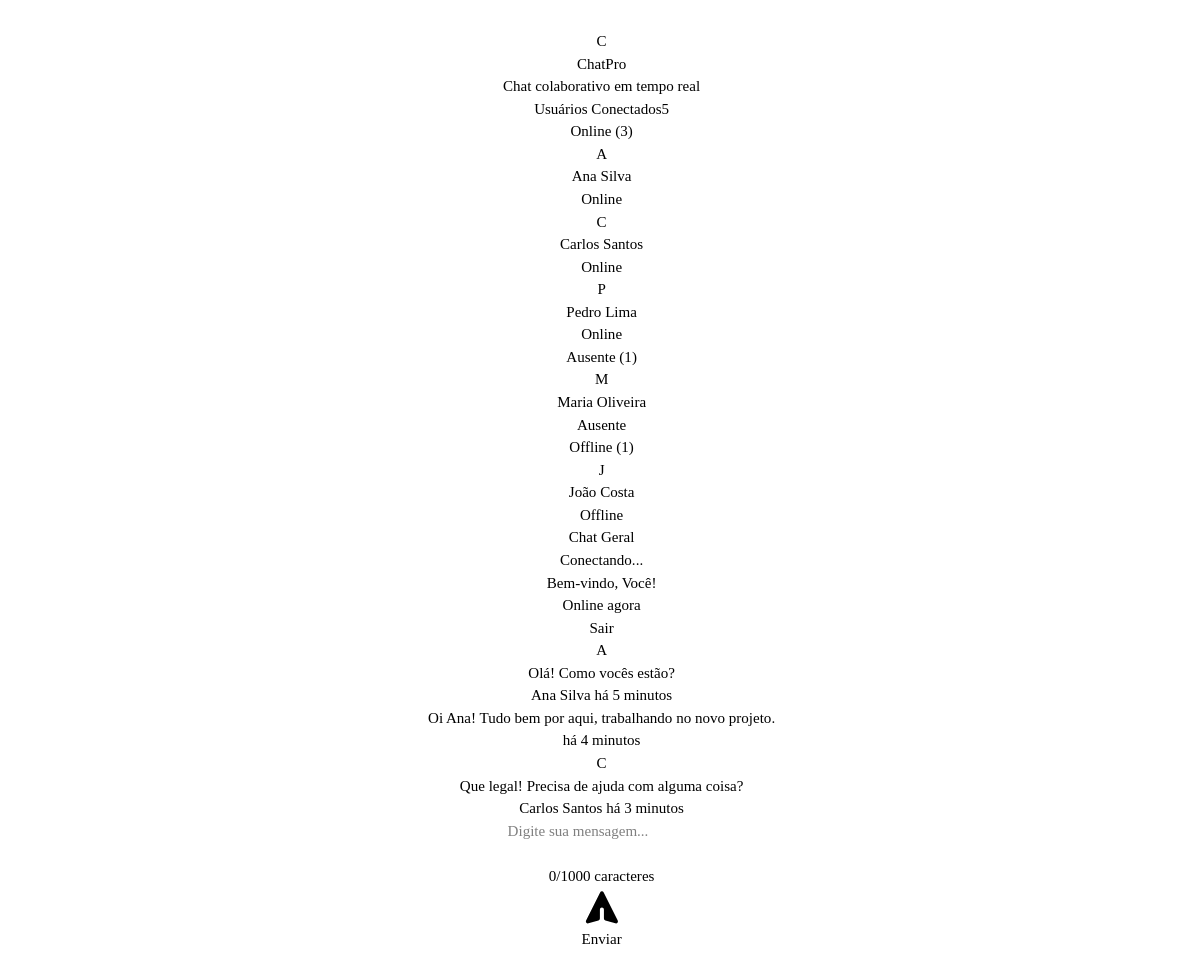
Repository: GabrielF0900/ChatPRO
Page: /chat (app in Frontend/)
These files come from the project's save history. The page is drawn as it stood at one moment and after the next save; the edit follows.
The browser window is 1280 px wide. The pictures show the whole page, at 94% of full size.
The page's requests for data from a server got no answer. The project was rebuilt for these pictures with package versions that can differ from the ones it lists, and the page was loaded fresh each time. No one was signed in, and anything a server would have sent is missing. Also part of the build but not shown: Frontend/vite.config.ts, Frontend/src/pages/Register.tsx, Frontend/src/pages/Login.tsx.

Above is the page before, as saved 2025-08-02 21:33:45.

### Frontend/src/App.tsx
import { BrowserRouter, Routes, Route } from 'react-router-dom';
import './App.css';
import Register from './pages/Register';
import LoginPage from './pages/Login';
import ChatPage from './pages/Dashboard';


function App() {
  return (
    <BrowserRouter>
      <Routes>
        <Route path="/register" element={<Register />} />
        <Route path="/login" element={<LoginPage />} />
        <Route path="/chat" element={<ChatPage />} />
        {/* Adicione outras rotas conforme necessário */}
      </Routes>
    </BrowserRouter>
  );
}

export default App;

### Frontend/src/pages/Dashboard.tsx
import { useState, useEffect, useRef } from "react";

interface Message {
  id: string;
  type: 'system' | 'message';
  user?: string;
  message: string;
  timestamp: string;
  isOwn?: boolean;
}

export default function ChatPage() {
  const [message, setMessage] = useState("");
  const [messages, setMessages] = useState<Message[]>([]);
  const [connectionStatus, setConnectionStatus] = useState<'connecting' | 'connected' | 'disconnected'>('connecting');
  const wsRef = useRef<WebSocket | null>(null);
  const messagesEndRef = useRef<HTMLDivElement>(null);

  // Conectar ao WebSocket quando o componente monta
  useEffect(() => {
    const connectWebSocket = () => {
      try {
        const ws = new WebSocket('ws://localhost:3000');
        wsRef.current = ws;

        ws.onopen = () => {
          console.log('Conectado ao WebSocket');
          setConnectionStatus('connected');
        };

        ws.onmessage = (event) => {
          try {
            const data = JSON.parse(event.data);
            const newMessage: Message = {
              id: Date.now().toString(),
              type: data.type || 'message',
              user: data.user || 'Sistema',
              message: data.message,
              timestamp: data.timestamp || new Date().toISOString(),
              isOwn: false
            };
            setMessages(prev => [...prev, newMessage]);
          } catch (error) {
            console.error('Erro ao processar mensagem:', error);
          }
        };

        ws.onclose = () => {
          console.log('Conexão WebSocket fechada');
          setConnectionStatus('disconnected');
          // Tentar reconectar após 3 segundos
          setTimeout(connectWebSocket, 3000);
        };

        ws.onerror = (error) => {
          console.error('Erro WebSocket:', error);
          setConnectionStatus('disconnected');
        };
      } catch (error) {
        console.error('Erro ao conectar WebSocket:', error);
        setConnectionStatus('disconnected');
      }
    };

    connectWebSocket();

    // Cleanup ao desmontar o componente
    return () => {
      if (wsRef.current) {
        wsRef.current.close();
      }
    };
  }, []);

  // Auto-scroll para a última mensagem
  useEffect(() => {
    messagesEndRef.current?.scrollIntoView({ behavior: 'smooth' });
  }, [messages]);

  const handleSend = (e: React.FormEvent<HTMLFormElement>) => {
    e.preventDefault();

    if (!message.trim() || !wsRef.current || wsRef.current.readyState !== WebSocket.OPEN) {
      return;
    }

    try {
      // Enviar mensagem via WebSocket
      const messageData = {
        type: 'message',
        user: 'Você',
        message: message.trim(),
        timestamp: new Date().toISOString()
      };

      wsRef.current.send(JSON.stringify(messageData));

      // Adicionar mensagem própria à lista
      const ownMessage: Message = {
        id: Date.now().toString(),
        type: 'message',
        user: 'Você',
        message: message.trim(),
        timestamp: new Date().toISOString(),
        isOwn: true
      };

      setMessages(prev => [...prev, ownMessage]);
      setMessage("");
    } catch (error) {
      console.error('Erro ao enviar mensagem:', error);
    }
  };

  return (
    <div className="flex h-screen bg-gray-50">
      {/* Sidebar */}
      <aside className="w-80 bg-white border-r border-gray-200 flex flex-col">
        {/* Header do Chat */}
        <div className="p-4 border-b border-gray-200 bg-white">
          <div className="flex items-center gap-3">
            <div className="w-10 h-10 bg-blue-600 rounded-full flex items-center justify-center">
              <span className="text-white font-bold text-lg">C</span>
            </div>
            <div>
              <h1 className="text-xl font-bold text-gray-900">ChatPro</h1>
              <p className="text-sm text-gray-500">Chat colaborativo em tempo real</p>
            </div>
          </div>
        </div>

        {/* Lista de Usuários */}
        <div className="flex-1 overflow-y-auto p-4">
          <div className="mb-6">
            <div className="flex items-center justify-between mb-3">
              <span className="text-sm font-medium text-gray-700">Usuários Conectados</span>
              <span className="bg-gray-100 text-gray-600 text-xs px-2 py-1 rounded-full">5</span>
            </div>

            <div className="space-y-3">
              <div className="text-xs font-medium text-green-600 flex items-center gap-1">
                <span className="w-2 h-2 bg-green-500 rounded-full"></span>
                Online (3)
              </div>

              {[
                { name: "Ana Silva", initial: "A", color: "bg-blue-500" },
                { name: "Carlos Santos", initial: "C", color: "bg-green-500" },
                { name: "Pedro Lima", initial: "P", color: "bg-purple-500" },
              ].map((user) => (
                <div key={user.name} className="flex items-center gap-3 p-2 hover:bg-gray-50 rounded-lg cursor-pointer">
                  <div className={`w-8 h-8 ${user.color} rounded-full flex items-center justify-center relative`}>
                    <span className="text-white text-sm font-medium">{user.initial}</span>
                    <span className="absolute -bottom-0.5 -right-0.5 w-3 h-3 bg-green-500 border-2 border-white rounded-full"></span>
                  </div>
                  <div className="flex-1">
                    <p className="text-sm font-medium text-gray-900">{user.name}</p>
                    <p className="text-xs text-green-600">Online</p>
                  </div>
                </div>
              ))}
            </div>
          </div>

          <div className="mb-6">
            <div className="text-xs font-medium text-yellow-600 flex items-center gap-1 mb-3">
              <span className="w-2 h-2 bg-yellow-500 rounded-full"></span>
              Ausente (1)
            </div>

            <div className="flex items-center gap-3 p-2 hover:bg-gray-50 rounded-lg cursor-pointer">
              <div className="w-8 h-8 bg-gray-400 rounded-full flex items-center justify-center relative">
                <span className="text-white text-sm font-medium">M</span>
                <span className="absolute -bottom-0.5 -right-0.5 w-3 h-3 bg-yellow-500 border-2 border-white rounded-full"></span>
              </div>
              <div className="flex-1">
                <p className="text-sm font-medium text-gray-900">Maria Oliveira</p>
                <p className="text-xs text-yellow-600">Ausente</p>
              </div>
            </div>
          </div>

          <div>
            <div className="text-xs font-medium text-gray-500 flex items-center gap-1 mb-3">
              <span className="w-2 h-2 bg-gray-400 rounded-full"></span>
              Offline (1)
            </div>

            <div className="flex items-center gap-3 p-2 hover:bg-gray-50 rounded-lg cursor-pointer opacity-60">
              <div className="w-8 h-8 bg-gray-400 rounded-full flex items-center justify-center">
                <span className="text-white text-sm font-medium">J</span>
              </div>
              <div className="flex-1">
                <p className="text-sm font-medium text-gray-900">João Costa</p>
                <p className="text-xs text-gray-500">Offline</p>
              </div>
            </div>
          </div>
        </div>
      </aside>

      {/* Chat Principal */}
      <main className="flex-1 flex flex-col bg-white">
        {/* Header do Chat */}
        <header className="flex justify-between items-center px-6 py-4 border-b border-gray-200 bg-white">
          <div className="flex items-center gap-3">
            <h2 className="text-lg font-semibold text-gray-900">Chat Geral</h2>
            <div className="flex items-center gap-2">
              <div className={`w-2 h-2 rounded-full ${
                connectionStatus === 'connected' ? 'bg-green-500' :
                connectionStatus === 'connecting' ? 'bg-yellow-500' : 'bg-red-500'
              }`}></div>
              <span className="text-xs text-gray-500">
                {connectionStatus === 'connected' ? 'Conectado' :
                 connectionStatus === 'connecting' ? 'Conectando...' : 'Desconectado'}
              </span>
            </div>
          </div>
          <div className="flex items-center gap-4">
            <div className="text-right">
              <p className="text-sm font-medium text-gray-900">Bem-vindo, Você!</p>
              <p className="text-xs text-green-600">Online agora</p>
            </div>
            <button className="p-2 hover:bg-gray-100 rounded-lg">
              <svg className="w-5 h-5 text-gray-500" fill="currentColor" viewBox="0 0 20 20">
                <path fillRule="evenodd" d="M10 6a2 2 0 110-4 2 2 0 010 4zM10 12a2 2 0 110-4 2 2 0 010 4zM10 18a2 2 0 110-4 2 2 0 010 4z" clipRule="evenodd" />
              </svg>
            </button>
            <button className="text-sm text-blue-600 hover:text-blue-700 font-medium">
              Sair
            </button>
          </div>
        </header>

        {/* Área de Mensagens */}
        <div className="flex-1 overflow-y-auto p-6 space-y-6 bg-gray-50">
          {/* Mensagem recebida */}
          <div className="flex items-start gap-3">
            <div className="w-8 h-8 bg-blue-500 rounded-full flex items-center justify-center flex-shrink-0">
              <span className="text-white text-sm font-medium">A</span>
            </div>
            <div className="flex flex-col">
              <div className="bg-white px-4 py-3 rounded-2xl rounded-tl-md shadow-sm max-w-md">
                <p className="text-gray-900">Olá! Como vocês estão?</p>
              </div>
              <span className="text-xs text-gray-500 mt-1 ml-1">Ana Silva há 5 minutos</span>
            </div>
          </div>

          {/* Mensagem própria */}
          <div className="flex justify-end">
            <div className="flex flex-col items-end">
              <div className="bg-blue-600 text-white px-4 py-3 rounded-2xl rounded-tr-md shadow-sm max-w-md">
                <p>Oi Ana! Tudo bem por aqui, trabalhando no novo projeto.</p>
              </div>
              <span className="text-xs text-gray-500 mt-1 mr-1">há 4 minutos</span>
            </div>
          </div>

          {/* Mensagem recebida */}
          <div className="flex items-start gap-3">
            <div className="w-8 h-8 bg-green-500 rounded-full flex items-center justify-center flex-shrink-0">
              <span className="text-white text-sm font-medium">C</span>
            </div>
            <div className="flex flex-col">
              <div className="bg-white px-4 py-3 rounded-2xl rounded-tl-md shadow-sm max-w-md">
                <p className="text-gray-900">Que legal! Precisa de ajuda com alguma coisa?</p>
              </div>
              <span className="text-xs text-gray-500 mt-1 ml-1">Carlos Santos há 3 minutos</span>
            </div>
          </div>
        </div>

        {/* Input de Mensagem */}
        <form
          onSubmit={handleSend}
          className="border-t border-gray-200 p-4 bg-white"
        >
          <div className="flex gap-3 items-end">
            <div className="flex-1 relative">
              <input
                type="text"
                placeholder="Digite sua mensagem..."
                className="w-full border border-gray-300 rounded-2xl px-4 py-3 pr-12 resize-none focus:outline-none focus:ring-2 focus:ring-blue-500 focus:border-transparent"
                value={message}
                onChange={(e) => setMessage(e.target.value)}
              />
              <div className="absolute right-3 top-1/2 transform -translate-y-1/2 flex gap-2">
                <button type="button" className="p-1 hover:bg-gray-100 rounded">
                  <svg className="w-5 h-5 text-gray-400" fill="currentColor" viewBox="0 0 20 20">
                    <path fillRule="evenodd" d="M8 4a4 4 0 100 8 4 4 0 000-8zM2 8a6 6 0 1110.89 3.476l4.817 4.817a1 1 0 01-1.414 1.414l-4.816-4.816A6 6 0 012 8z" clipRule="evenodd" />
                  </svg>
                </button>
                <button type="button" className="p-1 hover:bg-gray-100 rounded">
                  <svg className="w-5 h-5 text-gray-400" fill="currentColor" viewBox="0 0 20 20">
                    <path fillRule="evenodd" d="M10 18a8 8 0 100-16 8 8 0 000 16zM9.555 7.168A1 1 0 008 8v4a1 1 0 001.555.832l3-2a1 1 0 000-1.664l-3-2z" clipRule="evenodd" />
                  </svg>
                </button>
              </div>
              <div className="text-xs text-gray-400 mt-2">0/1000 caracteres</div>
            </div>
            <button
              type="submit"
              className="bg-blue-600 hover:bg-blue-700 text-white px-6 py-3 rounded-2xl font-medium transition-colors duration-200 flex items-center gap-2"
            >
              <svg className="w-4 h-4" fill="currentColor" viewBox="0 0 20 20">
                <path d="M10.894 2.553a1 1 0 00-1.788 0l-7 14a1 1 0 001.169 1.409l5-1.429A1 1 0 009 15.571V11a1 1 0 112 0v4.571a1 1 0 00.725.962l5 1.428a1 1 0 001.17-1.408l-7-14z" />
              </svg>
              Enviar
            </button>
          </div>
        </form>
      </main>
    </div>
  );
}

Loaded but not shown: Frontend/index.html (common file); Frontend/src/main.tsx (common file); Frontend/src/index.css (common file); Frontend/src/App.css (common file)

After the next save:
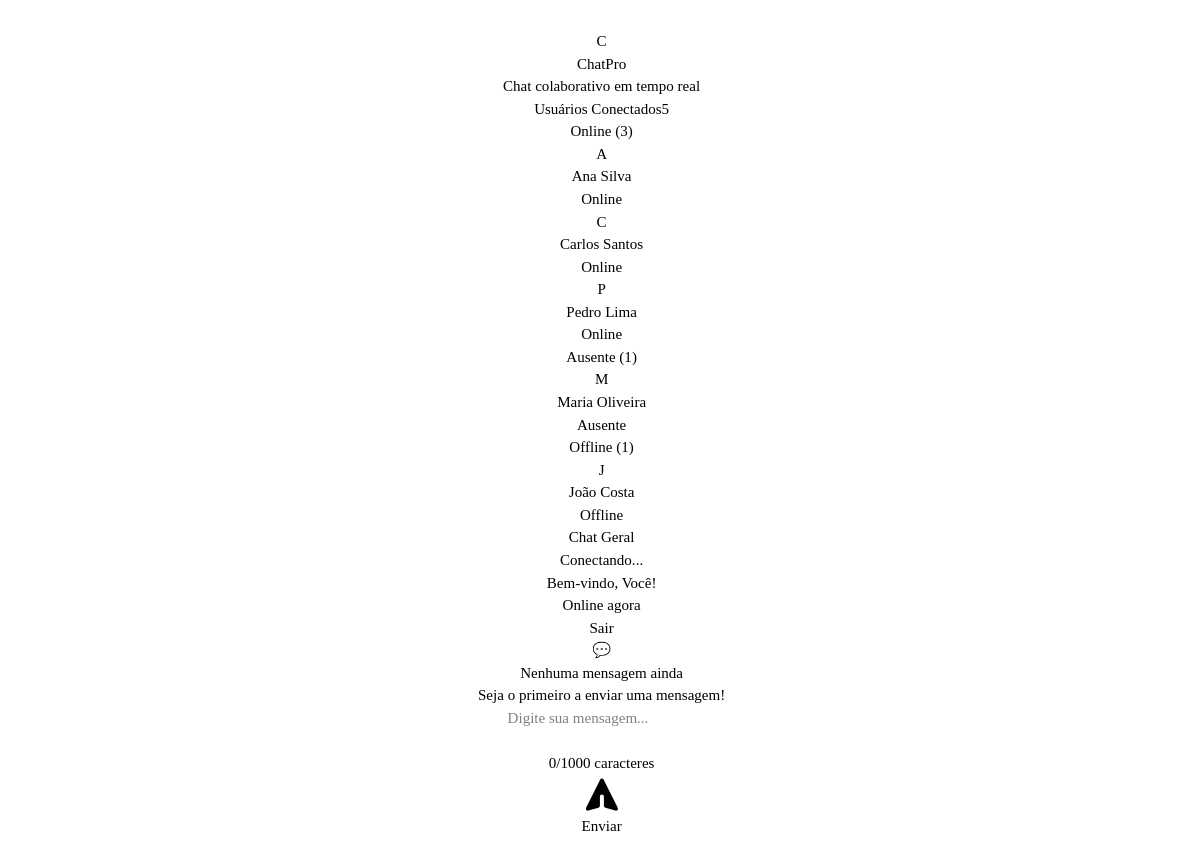
Saved 23 s later.
--- a/Frontend/src/pages/Dashboard.tsx
+++ b/Frontend/src/pages/Dashboard.tsx
@@ -234,41 +234,59 @@ export default function ChatPage() {
 
         {/* Área de Mensagens */}
         <div className="flex-1 overflow-y-auto p-6 space-y-6 bg-gray-50">
-          {/* Mensagem recebida */}
-          <div className="flex items-start gap-3">
-            <div className="w-8 h-8 bg-blue-500 rounded-full flex items-center justify-center flex-shrink-0">
-              <span className="text-white text-sm font-medium">A</span>
-            </div>
-            <div className="flex flex-col">
-              <div className="bg-white px-4 py-3 rounded-2xl rounded-tl-md shadow-sm max-w-md">
-                <p className="text-gray-900">Olá! Como vocês estão?</p>
-              </div>
-              <span className="text-xs text-gray-500 mt-1 ml-1">Ana Silva há 5 minutos</span>
-            </div>
-          </div>
-
-          {/* Mensagem própria */}
-          <div className="flex justify-end">
-            <div className="flex flex-col items-end">
-              <div className="bg-blue-600 text-white px-4 py-3 rounded-2xl rounded-tr-md shadow-sm max-w-md">
-                <p>Oi Ana! Tudo bem por aqui, trabalhando no novo projeto.</p>
-              </div>
-              <span className="text-xs text-gray-500 mt-1 mr-1">há 4 minutos</span>
-            </div>
-          </div>
-
-          {/* Mensagem recebida */}
-          <div className="flex items-start gap-3">
-            <div className="w-8 h-8 bg-green-500 rounded-full flex items-center justify-center flex-shrink-0">
-              <span className="text-white text-sm font-medium">C</span>
-            </div>
-            <div className="flex flex-col">
-              <div className="bg-white px-4 py-3 rounded-2xl rounded-tl-md shadow-sm max-w-md">
-                <p className="text-gray-900">Que legal! Precisa de ajuda com alguma coisa?</p>
-              </div>
-              <span className="text-xs text-gray-500 mt-1 ml-1">Carlos Santos há 3 minutos</span>
-            </div>
-          </div>
+          {messages.length === 0 ? (
+            <div className="text-center text-gray-500 mt-8">
+              <div className="text-4xl mb-4">💬</div>
+              <p className="text-lg font-medium">Nenhuma mensagem ainda</p>
+              <p className="text-sm">Seja o primeiro a enviar uma mensagem!</p>
+            </div>
+          ) : (
+            messages.map((msg) => {
+              if (msg.type === 'system') {
+                return (
+                  <div key={msg.id} className="flex justify-center">
+                    <div className="bg-gray-200 text-gray-600 px-3 py-1 rounded-full text-xs">
+                      {msg.message}
+                    </div>
+                  </div>
+                );
+              }
+
+              if (msg.isOwn) {
+                return (
+                  <div key={msg.id} className="flex justify-end">
+                    <div className="flex flex-col items-end">
+                      <div className="bg-blue-600 text-white px-4 py-3 rounded-2xl rounded-tr-md shadow-sm max-w-md">
+                        <p>{msg.message}</p>
+                      </div>
+                      <span className="text-xs text-gray-500 mt-1 mr-1">
+                        {new Date(msg.timestamp).toLocaleTimeString()}
+                      </span>
+                    </div>
+                  </div>
+                );
+              } else {
+                return (
+                  <div key={msg.id} className="flex items-start gap-3">
+                    <div className="w-8 h-8 bg-gray-500 rounded-full flex items-center justify-center flex-shrink-0">
+                      <span className="text-white text-sm font-medium">
+                        {msg.user?.[0]?.toUpperCase() || '?'}
+                      </span>
+                    </div>
+                    <div className="flex flex-col">
+                      <div className="bg-white px-4 py-3 rounded-2xl rounded-tl-md shadow-sm max-w-md">
+                        <p className="text-gray-900">{msg.message}</p>
+                      </div>
+                      <span className="text-xs text-gray-500 mt-1 ml-1">
+                        {msg.user} - {new Date(msg.timestamp).toLocaleTimeString()}
+                      </span>
+                    </div>
+                  </div>
+                );
+              }
+            })
+          )}
+          <div ref={messagesEndRef} />
         </div>
 
         {/* Input de Mensagem */}
